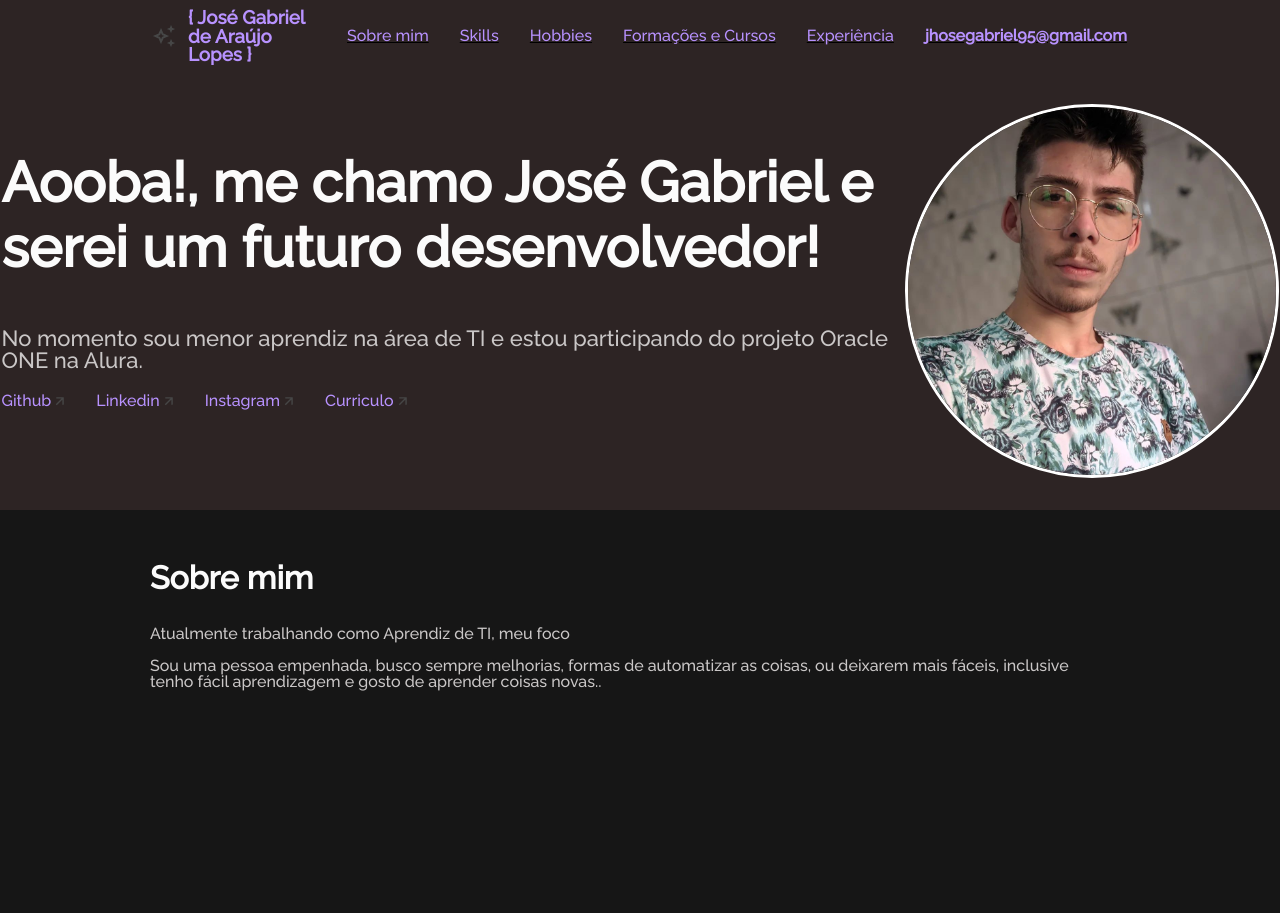
Repository: GabbLps/Portfolio
Page: index.html
An editor plug-in stored every save of this project. The page is shown before and after the next save, followed by the edit.
The browser window is 1280 px wide. The pictures show the whole page.

Above is the page before, as saved 2022-06-23 12:26:04.

### index.html
<!DOCTYPE html>
<html lang="en">
<head>
    <meta charset="UTF-8">
    <meta http-equiv="X-UA-Compatible" content="IE=edge">
    <meta name="viewport" content="width=device-width, initial-scale=1.0">

    <!-- Folha de estilo de CSS Linkado -->
    <link rel="stylesheet" href="style.css">

    <link rel="preconnect" href="https://fonts.googleapis.com">
    <link rel="preconnect" href="https://fonts.gstatic.com" crossorigin>

    <!-- Fonte do Projeto Raleway -->
    <link href="https://fonts.googleapis.com/css2?family=Raleway:wght@500&display=swap" rel="stylesheet">

    <title>Portifólio Pessoal</title>
</head>
<body>
    <!-- Menu Principal-->
    <div class="all">
        <section class="menu">
            <header>
                <img class="img__menu" src="assets\vector.png">
                <h3 class="menu__title">{ José Gabriel de Araújo Lopes }</h3>
            </header>
            <nav>
                <ul class="menu__list">
                    <li class="menu__list__item"><a href="#sobremim">Sobre mim</a></li>
                    <li class="menu__list__item"><a href="#skills">Skills</a></li>
                    <li class="menu__list__item"><a href="#hobbies">Hobbies</a></li>
                    <li class="menu__list__item"><a href="#formacao">Formações e Cursos</a></li>
                    <li class="menu__list__item"><a href="#xp">Experiência</a></li>
                    <li class="menu__list__item"><a href="#contato"><b>jhosegabriel95@gmail.com</b></a></li>
                </ul>
            </nav>
        </section>

        <!-- Sessão de Header/Title/Hero -->
        <section class="title">
            <div class="title__div">
                <img class="title__profile" src="assets\profile.jpg">
                <div class="title__container" id="#sobremim">
                    <h2 class="title__bio">Aooba!, me chamo José Gabriel e serei um futuro desenvolvedor!</h2>
                    <p class="title__subsection">No momento sou menor aprendiz na área de TI e estou participando do projeto Oracle ONE na Alura.</p>
                    <ul class="title__social__media">
                        <!-- Ponha os links de suas redes sociais favoritas -->
                        <li class="title__social__media__item"><a href="https://github.com/GabbLps" target="_blank">Github <img src="assets\arrow.png"> </a></li>
                        <li class="title__social__media__item"><a href="https://www.linkedin.com/in/josegabrielalopes/" target="_blank">Linkedin <img src="assets\arrow.png"></a></li>
                        <li class="title__social__media__item"><a href="https://www.instagram.com/gabbriel.lps/" target="_blank">Instagram <img src="assets\arrow.png"></a></li>
                        <li class="title__social__media__item"><a href="curriculo.pdf" target="_blank">Curriculo <img src="assets\arrow.png"></a></li>
                    </ul>
                </div>
            </div>
        </section>

        <!-- Sessão sobre mim -->
        <section class="about">
            <div class="about__container">
                <h3 class="about__title">Sobre mim</h3>
                <p class="about__paragraph">Atualmente trabalhando como Aprendiz de TI, meu foco  </p>
                <p class="about__paragraph">Sou uma pessoa empenhada,
                    busco sempre melhorias, formas de automatizar as coisas, ou deixarem mais fáceis, inclusive tenho fácil aprendizagem e gosto de aprender coisas novas..</p>
            </div>
        </section>


    </div>
</body>
</html>

### style.css
:root{
   /*--cor-de-fundo: #F5F5F5;
    --cor-de-link: #000;
    --cor-de-titulos: #464646;
    --cor-fundo-azul: #EAF2ED;
    --cor-caixas: #FBFBFB;
    --azul-botoes: #2A74E4; */
    --cor-de-fundo: #2D2424;
    --cor-de-fundo-secundaria: #161616;
    --cor-de-link: #B892FF;
    --cor-de-titulos: #cac7c7;
    --cor-fundo-azul: #EAF2ED;
    --cor-caixas: #FBFBFB;
    --azul-botoes: #2A74E4;
}

html {
    background-color: var(--cor-de-fundo);
}

body {
    box-sizing: border-box;
    background-color: var(--cor-de-fundo) ;
    font-family: 'Raleway';
    margin: 0;
    padding: 0;
    line-height: 1;
}

ol, ul,li {
    list-style: none;
}

a{
    text-decoration: none;
    color: var(--cor-de-link);
}

/*Sessão Menu*/

section.menu{
    display: flex;
    justify-content: space-between;
    align-items: center;
    align-content: flex-end;
    height: 10vh;
    margin: 0 153px;
}

section header {
    display: flex;
    align-items: center;
    font-weight: 700;
}

header h3 {
    color: var(--cor-de-link);
}

header img {
    margin-right: 13px;
    user-select: none;
}

/* Sessão lista de navegação  */

nav ul.menu__list {
    display: flex;
    justify-content: space-between;
    width: 780px;
    font-size: 16px;
    text-decoration: underline;
}

/*Sessão Title*/

div.title__div{
    display: flex;
    flex-direction: row-reverse;
    justify-content: space-around;
    align-content: center;
    margin: 0 auto;
}

div.title__container{
    width: 900px;
}

div.title__container h2{
    font-size: 56px;
    font-weight: 700;
    line-height: 65px;
}

section.title{
    margin: 32px 0;
}

div h2.title__bio{
    color: var(--cor-caixas);
}

.title__subsection {
    font-size: 22px;
    color: var(--cor-de-titulos);
    font-weight: 400;
    line-height: 22px;
}

.title__profile{
    width: 368px;
    height: 368px;
    border-radius: 50%;
    border: solid 3px #fff;
}

ul.title__social__media{
    display: flex;
    flex-direction: row;
    gap: 32px;
    padding: 0;
    font-weight: 500;
}

ul li.title__social__media__item{
    font-size: 16px;
    font-weight: 500;
}

/* Sessão about */

section.about{
    width: auto;
    height: 383px;
    background-color: var(--cor-de-fundo-secundaria);
    color: var(--cor-de-titulos);
    padding-top: 20px;
    padding-left: 150px;
    padding: auto;
}

/* Container sessão about me */

div.about__container{
    max-width: 920px;
}

.about__title {
    color: var(--cor-caixas);
    font-size: 32px;
    font-weight: 700;
}

.about__paragraph{
    font-size: 16px;
    line-height: 16px;
    font-weight: 400;
}

After the next save:
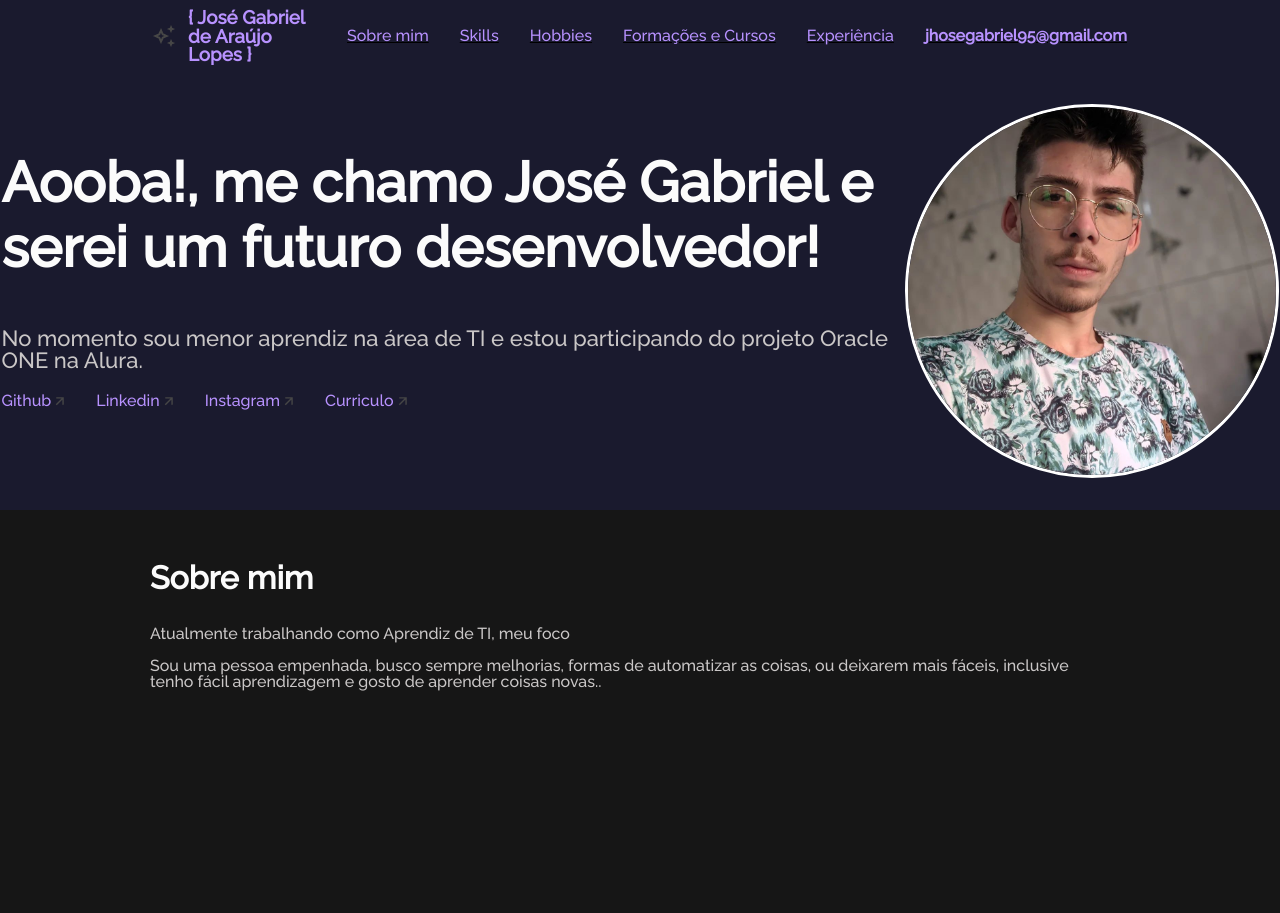
Saved 29 s later.
--- a/style.css
+++ b/style.css
@@ -5,7 +5,7 @@
     --cor-fundo-azul: #EAF2ED;
     --cor-caixas: #FBFBFB;
     --azul-botoes: #2A74E4; */
-    --cor-de-fundo: #2D2424;
+    --cor-de-fundo: #1A1A2E;
     --cor-de-fundo-secundaria: #161616;
     --cor-de-link: #B892FF;
     --cor-de-titulos: #cac7c7;
